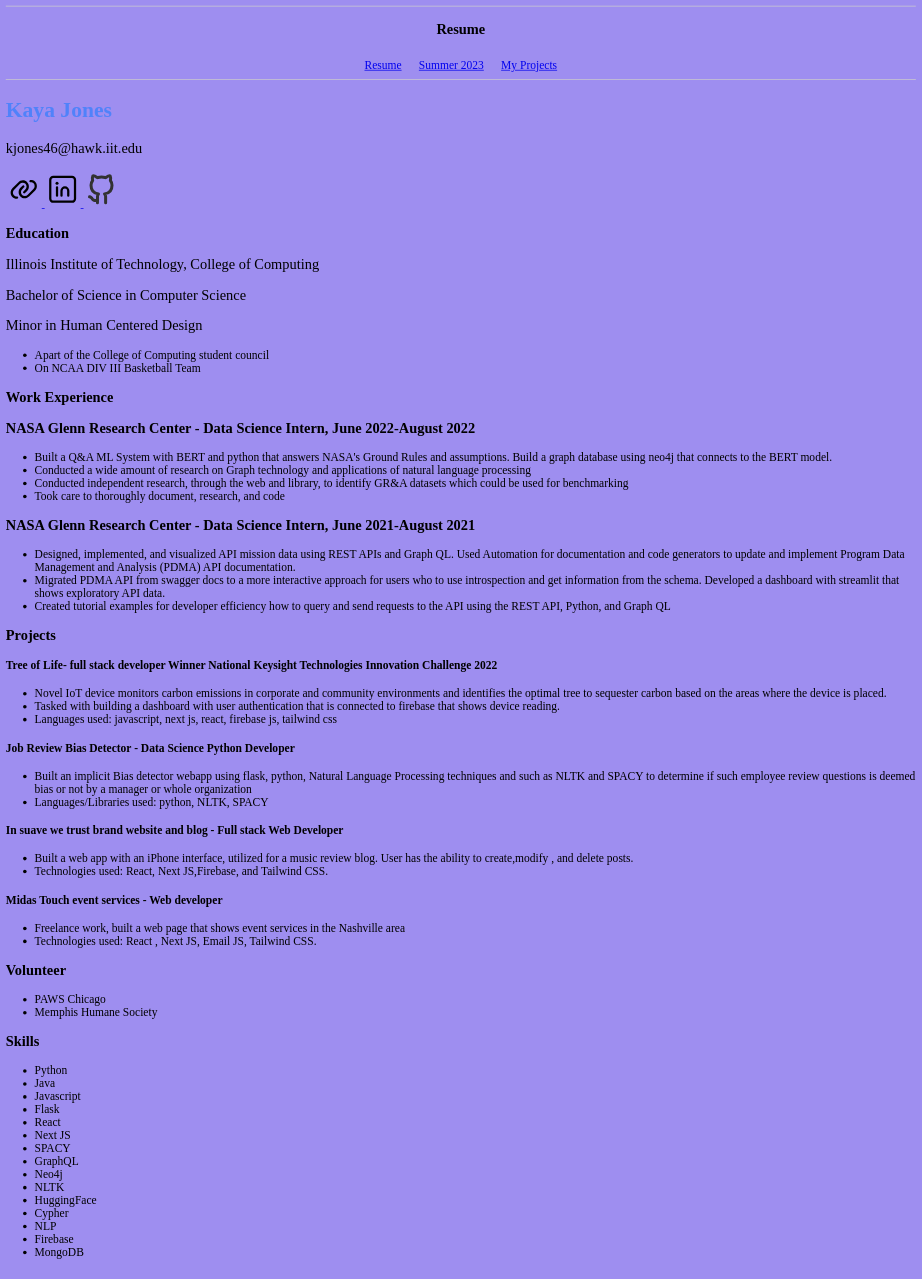
Repository: kayacancode/itm361project1
Page: index.html
The author's editor kept a copy of each file at every save. The page is drawn from the files as they stood at one save, then again after the next save.
The browser window is 1280 px wide. The pictures show the whole page, at 72% of full size.
Some web fonts or font styles are not loaded; a fallback is used.

Above is the page before, as saved 2023-04-18 22:43:34.

After the next save:
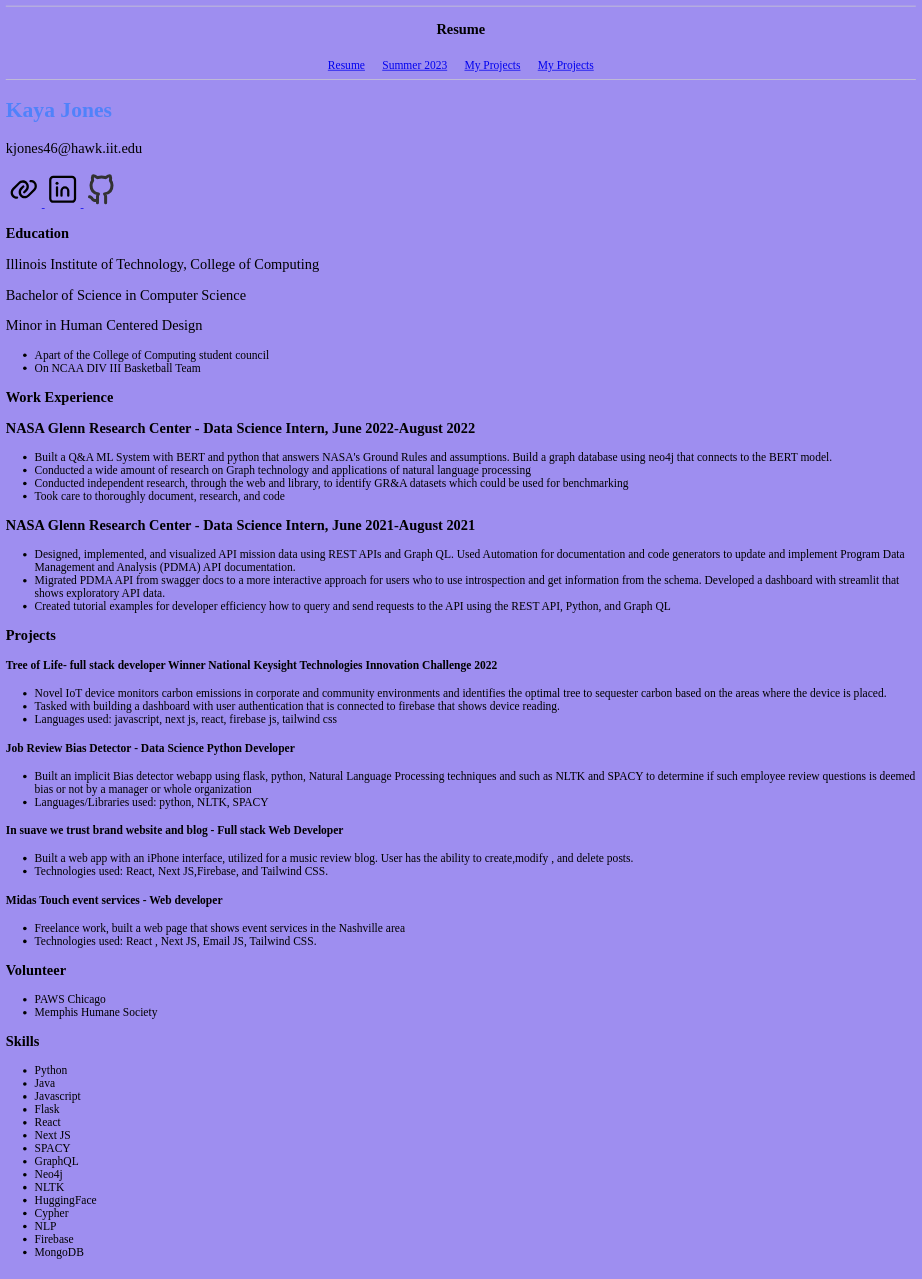
Saved 12 s later.
--- a/index.html
+++ b/index.html
@@ -15,6 +15,8 @@
           <li><a href="index.html">Resume</a></li>
           <li><a href="summer2023.html">Summer 2023</a></li>
           <li><a href="projects.html">My Projects</a></li>
+          <li><a href="map.html">My Projects</a></li>
+
         </ul>
       </nav>
     </section>
